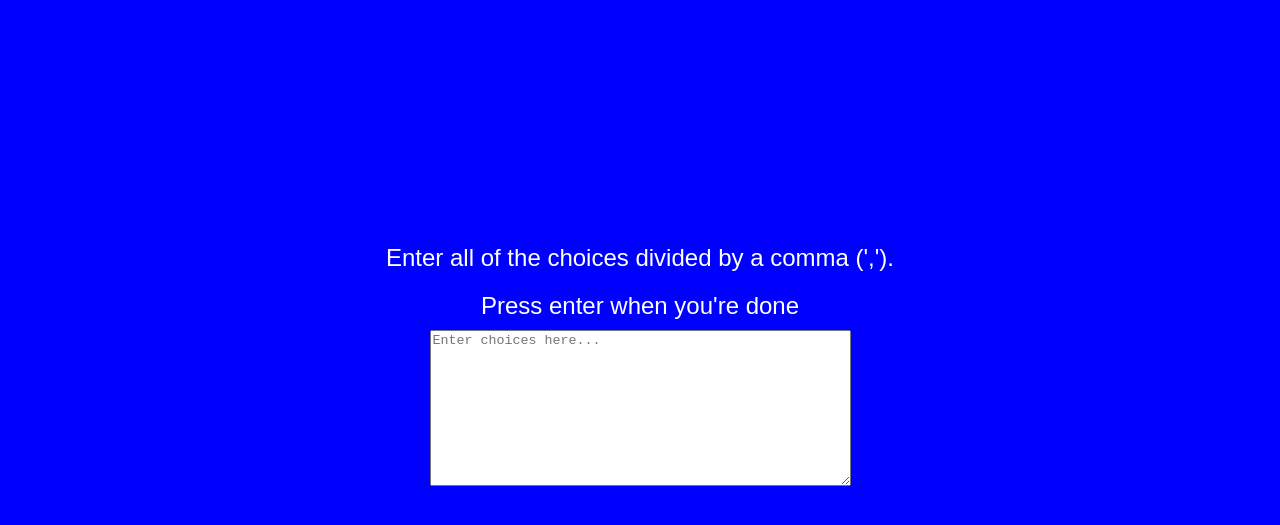
Repository: MMXiaohang/50projects50days-copy
Page: 13-random-choice-picker/1-index.html
An editor plug-in stored every save of this project. The page is shown before and after the next save, followed by the edit.
The browser window is 1280 px wide. The pictures show the whole page.

Above is the page before, as saved 2022-07-24 09:07:38.

### 13-random-choice-picker/1-index.html
<!DOCTYPE html>
<html lang="en">
<head>
    <meta charset="UTF-8">
    <meta http-equiv="X-UA-Compatible" content="IE=edge">
    <meta name="viewport" content="width=device-width, initial-scale=1.0">
    <link rel="stylesheet" href="./1-style.css">
    <title>Document</title>
</head>
<body>
    <div class="container">
        <p>Enter all of the choices divided by a comma (','). </p>
        <p>Press enter when you're done</p>
        <textarea name="text" id="textarea" cols="50" rows="10" placeholder="Enter choices here..."></textarea>
        <div id="tags"></div>
        <script src="./1-script.js"></script>
    </div>
</body>
</html>

### 13-random-choice-picker/1-style.css
*{
    box-sizing: border-box;
    margin: 0;
}

body {
    font-family: 'Muli', sans-serif;
    background-color: blue;
    height: 100vh;
    display: flex;
    justify-content: center;
    align-items: center;
    overflow: hidden;
}

.container {
    width: 50%;
    display: flex;
    flex-direction: column;
    justify-content: center;
    align-items: center;
    background-color: blue;
}

.container p{
    color: #fff;
    margin: 10px;
    font-size: 24px;
}

Loaded but not shown: 13-random-choice-picker/1-script.js (no stored copy; drawn as an empty file)

After the next save:
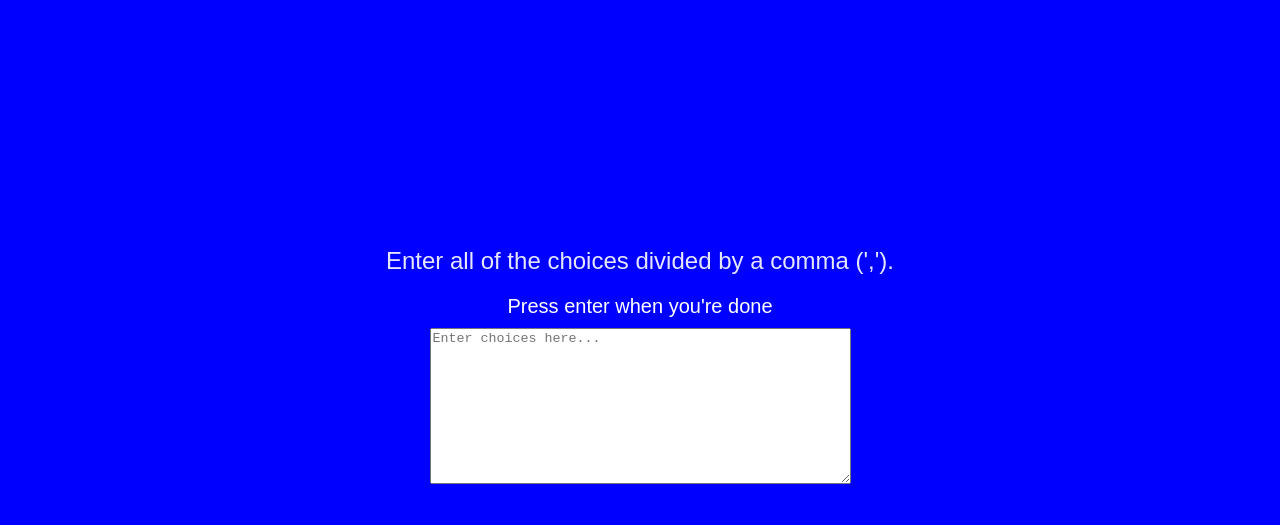
Saved 46 s later.
--- a/13-random-choice-picker/1-style.css
+++ b/13-random-choice-picker/1-style.css
@@ -25,5 +25,10 @@ body {
 .container p{
     color: #fff;
     margin: 10px;
+    font-size: 20px;
+}
+
+.container p:first-child {
     font-size: 24px;
+    opacity: 0.9;
 }
